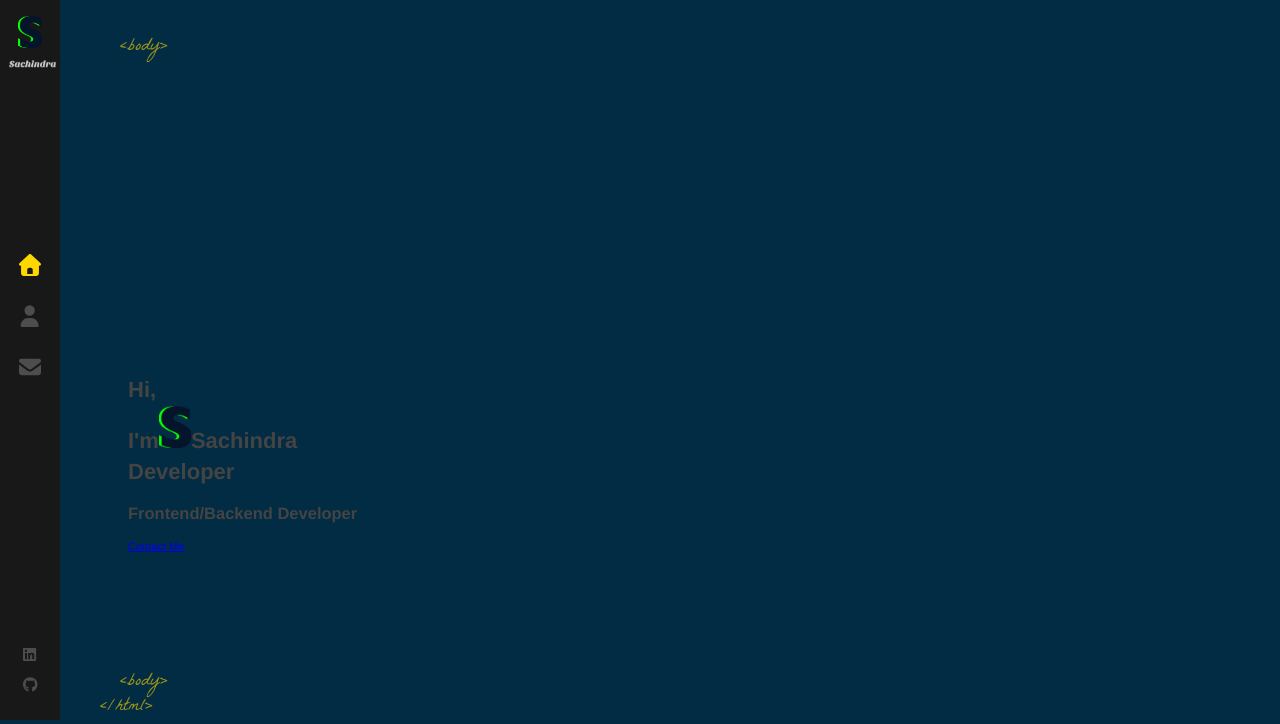
Repository: sachindra-r/react-portfolio
Page: /
The author's editor kept a copy of each file at every save. The page is drawn from the files as they stood at one save, then again after the next save.
The browser window is 1280 px wide. The pictures show the whole page.
The project was rebuilt for these pictures with package versions that can differ from the ones it lists, and the page was loaded fresh each time.

Above is the page before, as saved 2022-10-28 18:41:01.

After the next save:
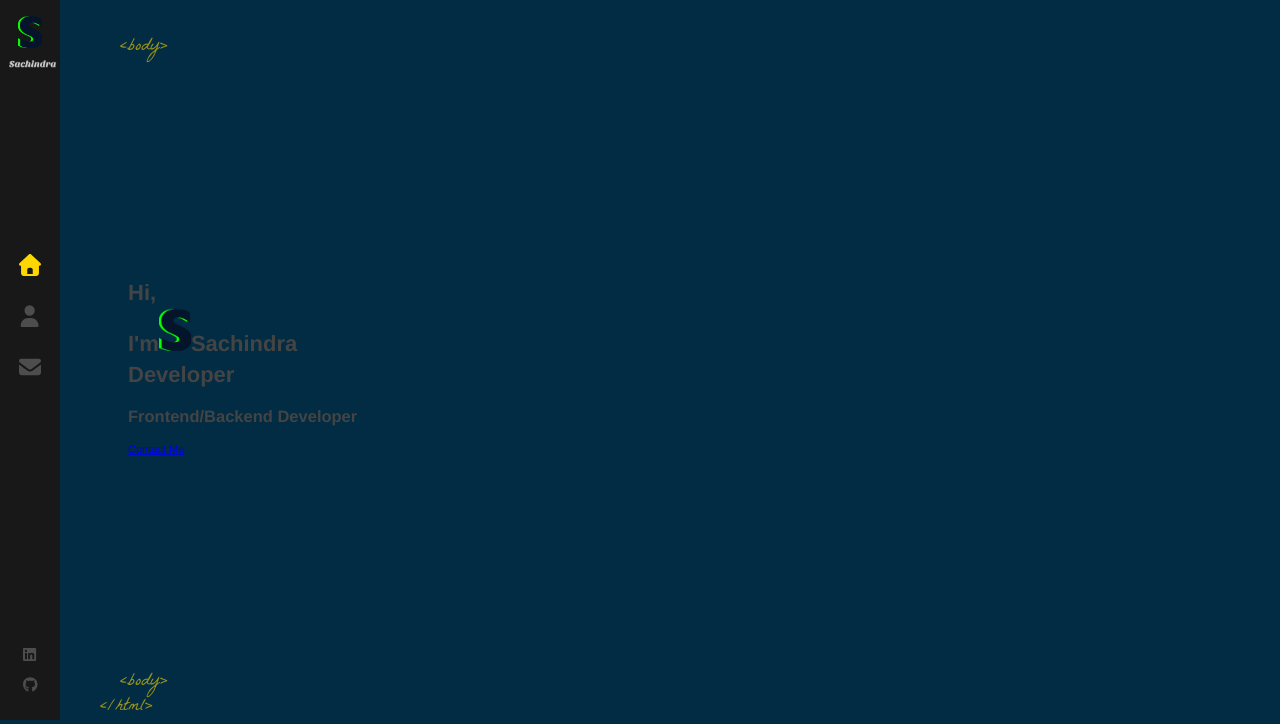
Saved 7 s later.
--- a/src/components/Home/index.scss
+++ b/src/components/Home/index.scss
@@ -4,7 +4,7 @@
         position: absolute;
         left: 10%;
         top: 50%;
-        transform: translateY();
+        transform: translateY(-50%);
     }
 
     h1 {
